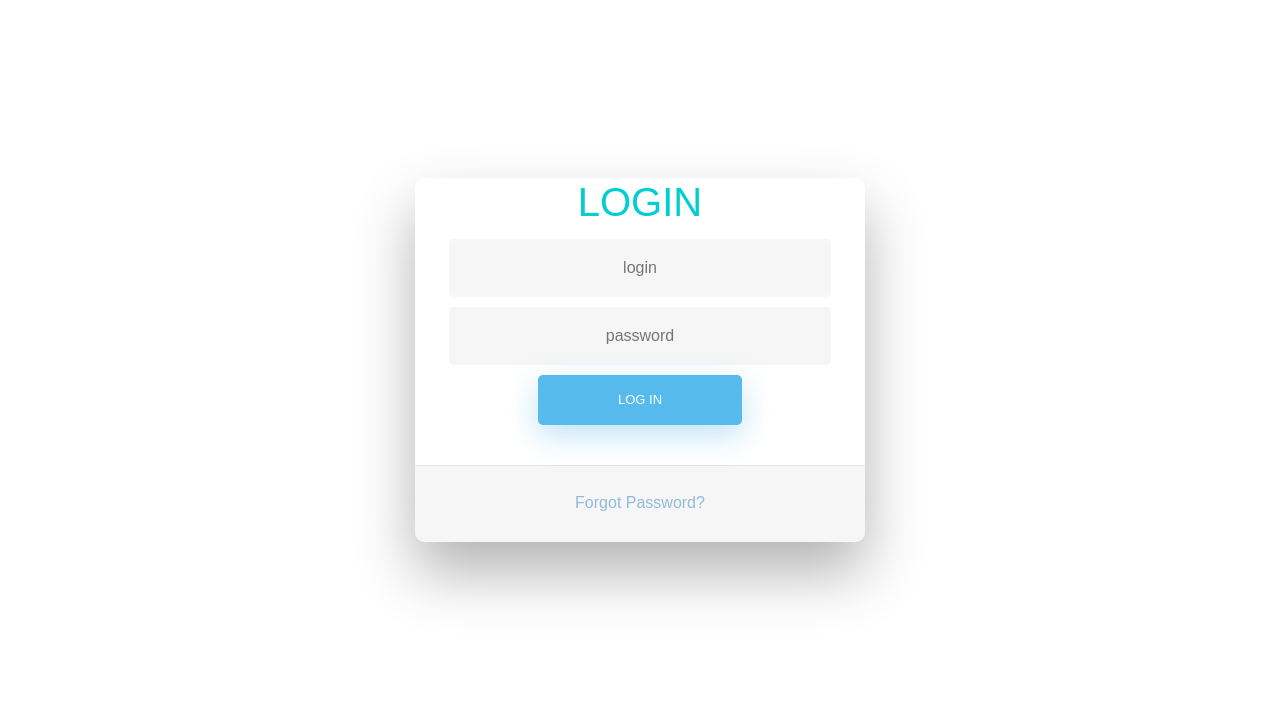
Repository: phamtailinh/webtintuc
Page: http://localhost/doicapdat/doi2doicapdat1.jsp
The author's editor kept a copy of each file at every save. The page is drawn from the files as they stood at one save, then again after the next save.
The browser window is 1280 px wide. The pictures show the whole page.
Some web libraries are served in a nearby version. The page is served by Tomcat 9. Other server files are loaded and not shown.

Above is the page before, as saved 2022-01-07 07:40:26.
Console error: TypeError: Cannot read properties of undefined (reading 'fn')

### doicapdat/src/main/webapp/doi2doicapdat1.jsp
<%@ page language="java" contentType="text/html; charset=ISO-8859-1"
    pageEncoding="ISO-8859-1"%>
<!DOCTYPE html>
<html>
<head>
<meta charset="ISO-8859-1">
<title>Insert title here</title>
<link href="//maxcdn.bootstrapcdn.com/bootstrap/4.0.0/css/bootstrap.min.css" rel="stylesheet" id="bootstrap-css">
<script src="//maxcdn.bootstrapcdn.com/bootstrap/4.0.0/js/bootstrap.min.js"></script>
<script src="//cdnjs.cloudflare.com/ajax/libs/jquery/3.2.1/jquery.min.js"></script>
<style type="text/css">
html {
  background-color: #56baed;
}

body {
  font-family: "Poppins", sans-serif;
  height: 100vh;
}

a {
  color: #92badd;
  display:inline-block;
  text-decoration: none;
  font-weight: 400;
}

h2 {
  text-align: center;
  font-size: 16px;
  font-weight: 600;
  text-transform: uppercase;
  display:inline-block;
  margin: 40px 8px 10px 8px;
  color: #cccccc;
}



/* STRUCTURE */

.wrapper {
  display: flex;
  align-items: center;
  flex-direction: column;
  justify-content: center;
  width: 100%;
  min-height: 100%;
  padding: 20px;
}

#formContent {
  -webkit-border-radius: 10px 10px 10px 10px;
  border-radius: 10px 10px 10px 10px;
  background: #fff;
  padding: 30px;
  width: 90%;
  max-width: 450px;
  position: relative;
  padding: 0px;
  -webkit-box-shadow: 0 30px 60px 0 rgba(0,0,0,0.3);
  box-shadow: 0 30px 60px 0 rgba(0,0,0,0.3);
  text-align: center;
}

#formFooter {
  background-color: #f6f6f6;
  border-top: 1px solid #dce8f1;
  padding: 25px;
  text-align: center;
  -webkit-border-radius: 0 0 10px 10px;
  border-radius: 0 0 10px 10px;
}



/* TABS */

h2.inactive {
  color: #cccccc;
}

h2.active {
  color: #0d0d0d;
  border-bottom: 2px solid #5fbae9;
}



/* FORM TYPOGRAPHY*/

input[type=button], input[type=submit], input[type=reset]  {
  background-color: #56baed;
  border: none;
  color: white;
  padding: 15px 80px;
  text-align: center;
  text-decoration: none;
  display: inline-block;
  text-transform: uppercase;
  font-size: 13px;
  -webkit-box-shadow: 0 10px 30px 0 rgba(95,186,233,0.4);
  box-shadow: 0 10px 30px 0 rgba(95,186,233,0.4);
  -webkit-border-radius: 5px 5px 5px 5px;
  border-radius: 5px 5px 5px 5px;
  margin: 5px 20px 40px 20px;
  -webkit-transition: all 0.3s ease-in-out;
  -moz-transition: all 0.3s ease-in-out;
  -ms-transition: all 0.3s ease-in-out;
  -o-transition: all 0.3s ease-in-out;
  transition: all 0.3s ease-in-out;
}

input[type=button]:hover, input[type=submit]:hover, input[type=reset]:hover  {
  background-color: #39ace7;
}

input[type=button]:active, input[type=submit]:active, input[type=reset]:active  {
  -moz-transform: scale(0.95);
  -webkit-transform: scale(0.95);
  -o-transform: scale(0.95);
  -ms-transform: scale(0.95);
  transform: scale(0.95);
}

input[type=text] {
  background-color: #f6f6f6;
  border: none;
  color: #0d0d0d;
  padding: 15px 32px;
  text-align: center;
  text-decoration: none;
  display: inline-block;
  font-size: 16px;
  margin: 5px;
  width: 85%;
  border: 2px solid #f6f6f6;
  -webkit-transition: all 0.5s ease-in-out;
  -moz-transition: all 0.5s ease-in-out;
  -ms-transition: all 0.5s ease-in-out;
  -o-transition: all 0.5s ease-in-out;
  transition: all 0.5s ease-in-out;
  -webkit-border-radius: 5px 5px 5px 5px;
  border-radius: 5px 5px 5px 5px;
}

input[type=text]:focus {
  background-color: #fff;
  border-bottom: 2px solid #5fbae9;
}

input[type=text]:placeholder {
  color: #cccccc;
}



/* ANIMATIONS */

/* Simple CSS3 Fade-in-down Animation */
.fadeInDown {
  -webkit-animation-name: fadeInDown;
  animation-name: fadeInDown;
  -webkit-animation-duration: 1s;
  animation-duration: 1s;
  -webkit-animation-fill-mode: both;
  animation-fill-mode: both;
}

@-webkit-keyframes fadeInDown {
  0% {
    opacity: 0;
    -webkit-transform: translate3d(0, -100%, 0);
    transform: translate3d(0, -100%, 0);
  }
  100% {
    opacity: 1;
    -webkit-transform: none;
    transform: none;
  }
}

@keyframes fadeInDown {
  0% {
    opacity: 0;
    -webkit-transform: translate3d(0, -100%, 0);
    transform: translate3d(0, -100%, 0);
  }
  100% {
    opacity: 1;
    -webkit-transform: none;
    transform: none;
  }
}

/* Simple CSS3 Fade-in Animation */
@-webkit-keyframes fadeIn { from { opacity:0; } to { opacity:1; } }
@-moz-keyframes fadeIn { from { opacity:0; } to { opacity:1; } }
@keyframes fadeIn { from { opacity:0; } to { opacity:1; } }

.fadeIn {
  opacity:0;
  -webkit-animation:fadeIn ease-in 1;
  -moz-animation:fadeIn ease-in 1;
  animation:fadeIn ease-in 1;

  -webkit-animation-fill-mode:forwards;
  -moz-animation-fill-mode:forwards;
  animation-fill-mode:forwards;

  -webkit-animation-duration:1s;
  -moz-animation-duration:1s;
  animation-duration:1s;
}

.fadeIn.first {
  -webkit-animation-delay: 0.4s;
  -moz-animation-delay: 0.4s;
  animation-delay: 0.4s;
  color:#00CED1;
}

.fadeIn.second {
  -webkit-animation-delay: 0.6s;
  -moz-animation-delay: 0.6s;
  animation-delay: 0.6s;
}

.fadeIn.third {
  -webkit-animation-delay: 0.8s;
  -moz-animation-delay: 0.8s;
  animation-delay: 0.8s;
}

.fadeIn.fourth {
  -webkit-animation-delay: 1s;
  -moz-animation-delay: 1s;
  animation-delay: 1s;
}

/* Simple CSS3 Fade-in Animation */
.underlineHover:after {
  display: block;
  left: 0;
  bottom: -10px;
  width: 0;
  height: 2px;
  background-color: #56baed;
  content: "";
  transition: width 0.2s;
}

.underlineHover:hover {
  color: #0d0d0d;
}

.underlineHover:hover:after{
  width: 100%;
}



/* OTHERS */

*:focus {
    outline: none;
}

#icon {
  width:60%;
}
</style>
</head>
<body>
<div class="wrapper fadeInDown">
  <div id="formContent">
    <!-- Tabs Titles -->

    <!-- Icon -->
    <div class="fadeIn first">
     <h1>LOGIN</h1>
    </div>

    <!-- Login Form -->
    <form>
      <input type="text" id="login" class="fadeIn second" name="login" placeholder="login">
      <input type="text" id="password" class="fadeIn third" name="login" placeholder="password">
      <input type="submit" class="fadeIn fourth" value="Log In">
    </form>

    <!-- Remind Passowrd -->
    <div id="formFooter">
      <a class="underlineHover" href="#">Forgot Password?</a>
    </div>

  </div>
</div>
</body>
</html>

After the next save:
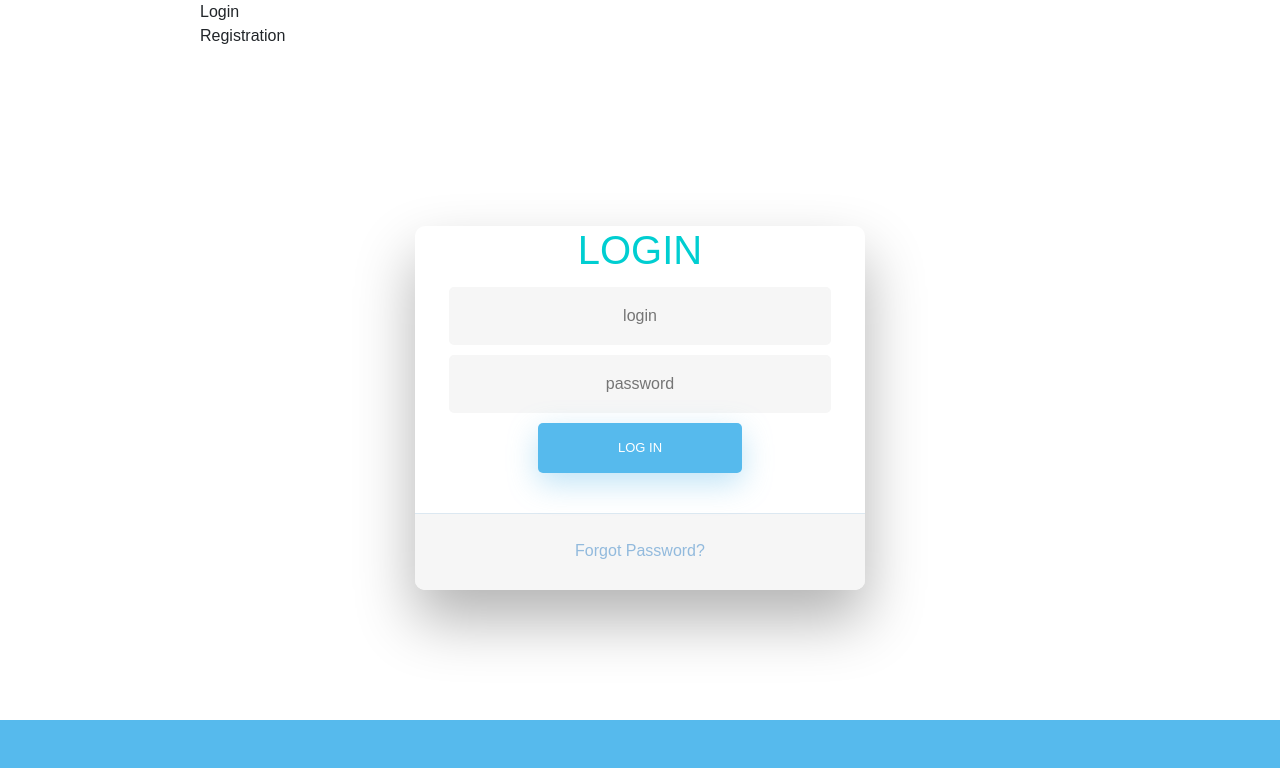
Saved 6 min 4 s later.
--- a/doicapdat/src/main/webapp/doi2doicapdat1.jsp
+++ b/doicapdat/src/main/webapp/doi2doicapdat1.jsp
@@ -272,6 +272,11 @@ input[type=text]:placeholder {
 </style>
 </head>
 <body>
+<div style="margin-left: 200px">
+<div>Login</div>
+<div>
+Registration</div>
+</div>
 <div class="wrapper fadeInDown">
   <div id="formContent">
     <!-- Tabs Titles -->
